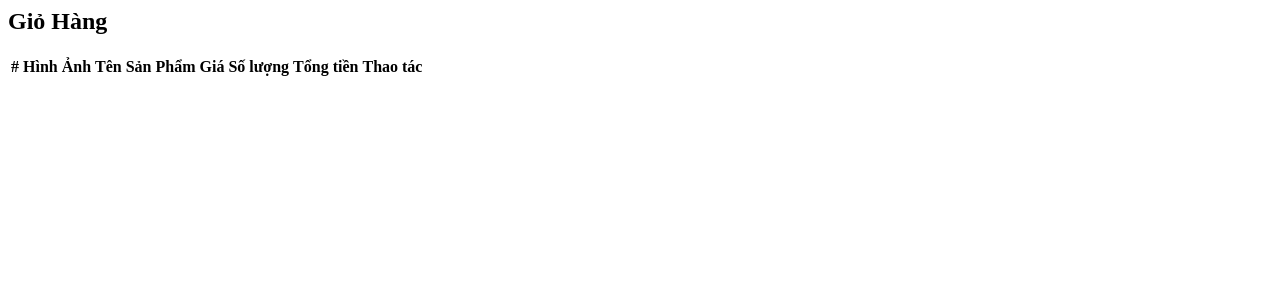
Repository: VuNgocLong2626/exercise_web_CT428
Page: http://localhost/VuNgocLongB1805784/user/thanhtoan.php
An editor plug-in stored every save of this project. The page is shown before and after the next save, followed by the edit.
The browser window is 1280 px wide. The pictures show the whole page.
The page is run by PHP 8.4 with error messages shown; the project is at /var/www/html/.

Above is the page before, as saved 2021-10-14 23:02:28.

### VuNgocLongB1805784/user/thanhtoan.php
<div class="all-cart">
    <h2>Giỏ Hàng</h2>
    <table class="table">
        <thead>
            <tr>
            <th scope="col">#</th>
            <th scope="col">Hình Ảnh</th>
            <th scope="col">Tên Sản Phẩm</th>
            <th scope="col">Giá</th>
            <th scope="col">Số lượng</th>
            <th scope="col">Tổng tiền</th>
            <th scope="col">Thao tác</th>
            </tr>
        </thead>
        <tbody>
            <?php
                if(isset($_SESSION['giohang'])){
                    $i=1;
                    $tongtien=0;
                    foreach($_SESSION['giohang'] as $item_giohang){
                        $tongtien += $item_giohang['tientong'];
                        echo '
                        <tr>
                            <th scope="row">'.$i.'</th>
                            <td><img src="../admin/uploads/'.$item_giohang['TenHinh'].'" style="height: 200px;" alt=""></td>
                            <td>'.$item_giohang['tensach'].'</td>
                            <td>'.$item_giohang['giasach'].'</td>
                            <td>'.$item_giohang['soluong'].'</td>
                            <td>'.$item_giohang['tientong'].'</td>
                            <td>
                                <form action="./process_giohang.php?mshhXoa='.$item_giohang['msx'].'" method="POST">
                                    <input class="btn btn-secondary btn-lg" name="Xoahh" type="submit" value="Xóa">
                                    <br>
                                    <input class="btn btn-secondary btn-lg" style="margin-top: 20px;" name="tang" type="submit" value="Tăng">
                                    <br>
                                    <input class="btn btn-secondary btn-lg" style="margin-top: 20px;" name="giam" type="submit" value="Giảm">
                                </form>
                            </td>
                        </tr>';
                        $i++;
                    }
                    echo '
                        </tbody>
                        <tr>
                            <td colspan="6">Tổng tiền : '.$tongtien.' VND</td>
                            <td>
                                <form action="./process_giohang.php" method="POST">
                                    <input class="btn btn-secondary btn-sm" name="XoaTC" type="submit" value="Xóa Tất Cả">
                                </form>
                            </td>
                        </tr>
                    ';
                }
            ?>

    </table>
</div>

After the next save:
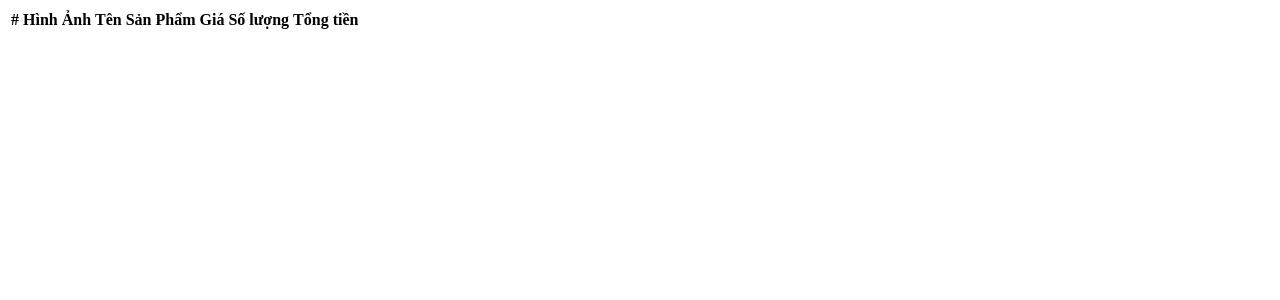
Saved 51 s later.
--- a/VuNgocLongB1805784/user/thanhtoan.php
+++ b/VuNgocLongB1805784/user/thanhtoan.php
@@ -1,5 +1,4 @@
 <div class="all-cart">
-    <h2>Giỏ Hàng</h2>
     <table class="table">
         <thead>
             <tr>
@@ -9,7 +8,6 @@
             <th scope="col">Giá</th>
             <th scope="col">Số lượng</th>
             <th scope="col">Tổng tiền</th>
-            <th scope="col">Thao tác</th>
             </tr>
         </thead>
         <tbody>
@@ -27,27 +25,13 @@
                             <td>'.$item_giohang['giasach'].'</td>
                             <td>'.$item_giohang['soluong'].'</td>
                             <td>'.$item_giohang['tientong'].'</td>
-                            <td>
-                                <form action="./process_giohang.php?mshhXoa='.$item_giohang['msx'].'" method="POST">
-                                    <input class="btn btn-secondary btn-lg" name="Xoahh" type="submit" value="Xóa">
-                                    <br>
-                                    <input class="btn btn-secondary btn-lg" style="margin-top: 20px;" name="tang" type="submit" value="Tăng">
-                                    <br>
-                                    <input class="btn btn-secondary btn-lg" style="margin-top: 20px;" name="giam" type="submit" value="Giảm">
-                                </form>
-                            </td>
                         </tr>';
                         $i++;
                     }
                     echo '
                         </tbody>
                         <tr>
-                            <td colspan="6">Tổng tiền : '.$tongtien.' VND</td>
-                            <td>
-                                <form action="./process_giohang.php" method="POST">
-                                    <input class="btn btn-secondary btn-sm" name="XoaTC" type="submit" value="Xóa Tất Cả">
-                                </form>
-                            </td>
+                            <td >Tổng tiền : '.$tongtien.' VND</td>
                         </tr>
                     ';
                 }
